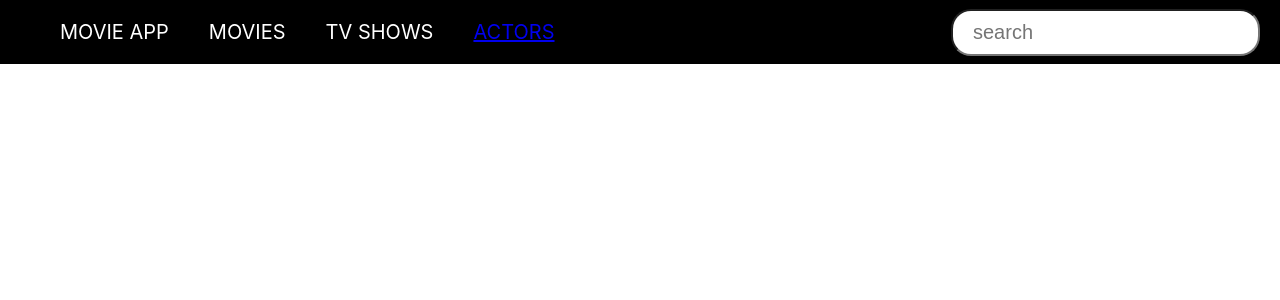
Repository: manahiang/MovieMana
Page: / (app in src/)
An editor plug-in stored every save of this project. The page is shown before and after a run of saves, followed by the edit.
The browser window is 1280 px wide. The pictures show the whole page.
The project was rebuilt for these pictures with package versions that can differ from the ones it lists, and the page was loaded fresh each time. Also part of the build but not shown: src/src/App.css, src/src/menu/tv-shows.js, src/src/menu/actors.js, src/src/menu/movies.js.

Above is the page before, as saved 2022-11-14 11:46:57.

### src/src/index.css
body {
  margin: 0;
  font-family: -apple-system, BlinkMacSystemFont, 'Segoe UI', 'Roboto', 'Oxygen',
    'Ubuntu', 'Cantarell', 'Fira Sans', 'Droid Sans', 'Helvetica Neue',
    sans-serif;
  -webkit-font-smoothing: antialiased;
  -moz-osx-font-smoothing: grayscale;
  color: white;
}
.header{
  width: 100%;
  height: auto;
  background-color: black;
}
.navbar{
  display: flex;
  justify-content: space-between;
  font-size: 20px;
  text-transform: uppercase;
  align-items: center;
}
.menu ul li{
  display: inline;
  align-items: center;
  justify-content: center;
  padding: 20px;
}
.search{
  align-items: center;
  justify-content: center;
  display: flex;
  padding-right: 20px;
}
.search input{
  font-size: 20px;
  border-radius: 20px;
  padding-left: 30px;
  padding:10px 20px;

}
.menu ul li:hover a{
  color: yellow;
  cursor: pointer;
}

### src/src/App.js
//import logo from './logo.svg';
import './App.css';
import MoiveMana from './movieMana'
import { BrowserRouter, Routes, Route } from "react-router-dom"
import TVShow from './menu/tv-shows';
import Actors from './menu/actors';
import Movies from './menu/movies';

function App() {
  return (
    <BrowserRouter>
      <Routes>
        <Route path='/' element={<MoiveMana/>}>
          <Route path='movies' element={<Movies/>}/>
        </Route>
      </Routes>
    </BrowserRouter>
  );
}
export default App;

### src/src/movieMana.js
import './index.css'
import {Link} from "react-router-dom"

function MoiveMana() {
    return (

        <div className="header">
            <div className="navbar">
                <div className="menu">
                    <ul>
                        <li>Movie App</li>
                        <li><a hreft="movies">Movies</a></li>
                        <li><a hreft="https://moviepiset.vercel.app/">TV shows</a></li>
                        <li><Link to="movies">Actors</Link></li>
                    </ul>
                </div>
                <div className="search">
                    <input type="text" placeholder="search" />
                </div>
            </div>
        </div>
    )
}
export default MoiveMana;

Loaded but not shown: src/public/index.html (common file); src/src/index.js (common file); src/src/reportWebVitals.js (common file)

After the next 6 saves:
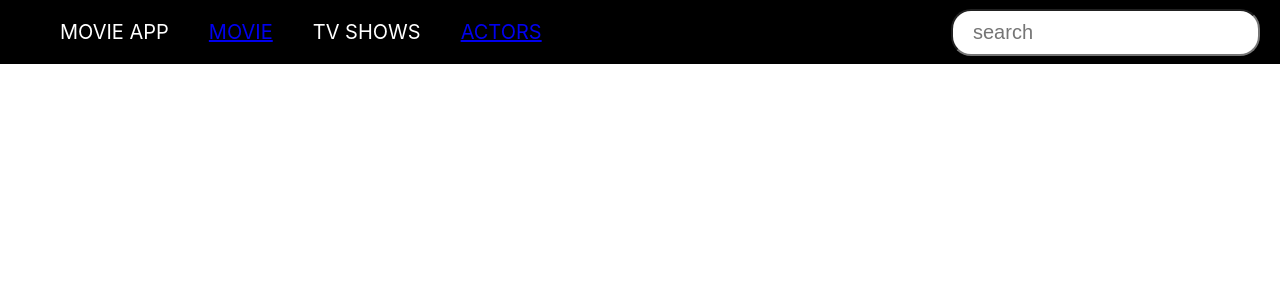
The 6 saves are shown as one change because 1 did not build or start and some came seconds apart.
The last was saved 49 s later.
--- a/src/src/movieMana.js
+++ b/src/src/movieMana.js
@@ -9,7 +9,7 @@ function MoiveMana() {
                 <div className="menu">
                     <ul>
                         <li>Movie App</li>
-                        <li><a hreft="movies">Movies</a></li>
+                        <li><Link to="movies">Movie</Link></li>
                         <li><a hreft="https://moviepiset.vercel.app/">TV shows</a></li>
                         <li><Link to="movies">Actors</Link></li>
                     </ul>
